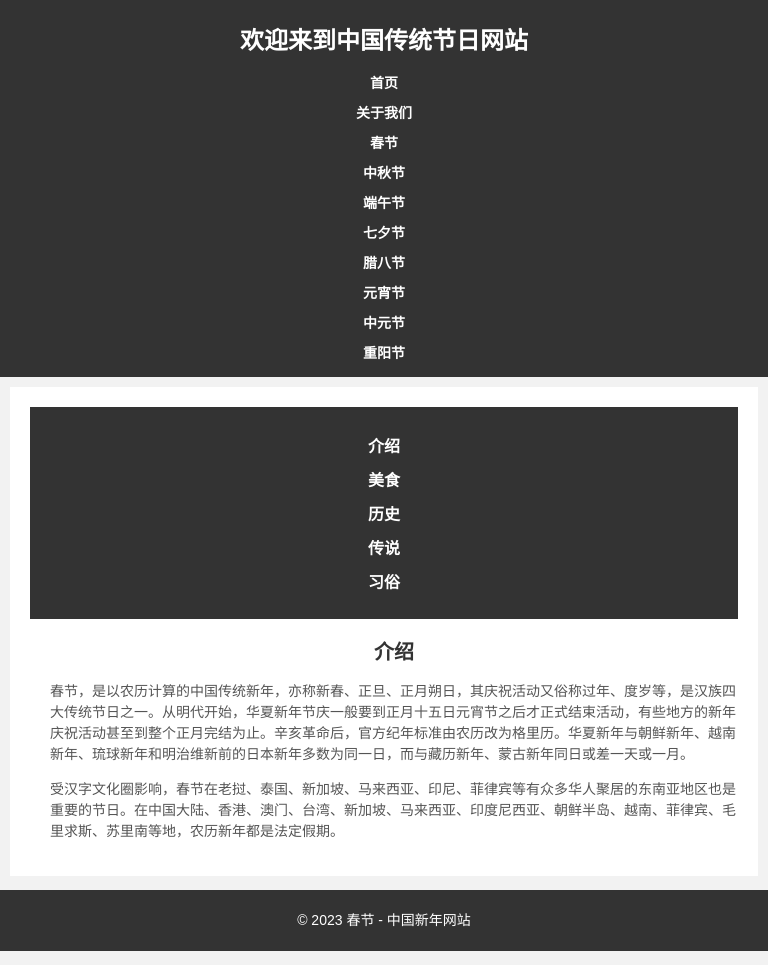
Repository: XueJie1/computer-operation-basics
Page: pages/springfes/springfestival.html
An editor plug-in stored every save of this project. The page is shown before and after the next save, followed by the edit.
The browser window is 768 px wide. The pictures show the whole page.

Above is the page before, as saved 2023-09-12 22:34:28.

After the next save:
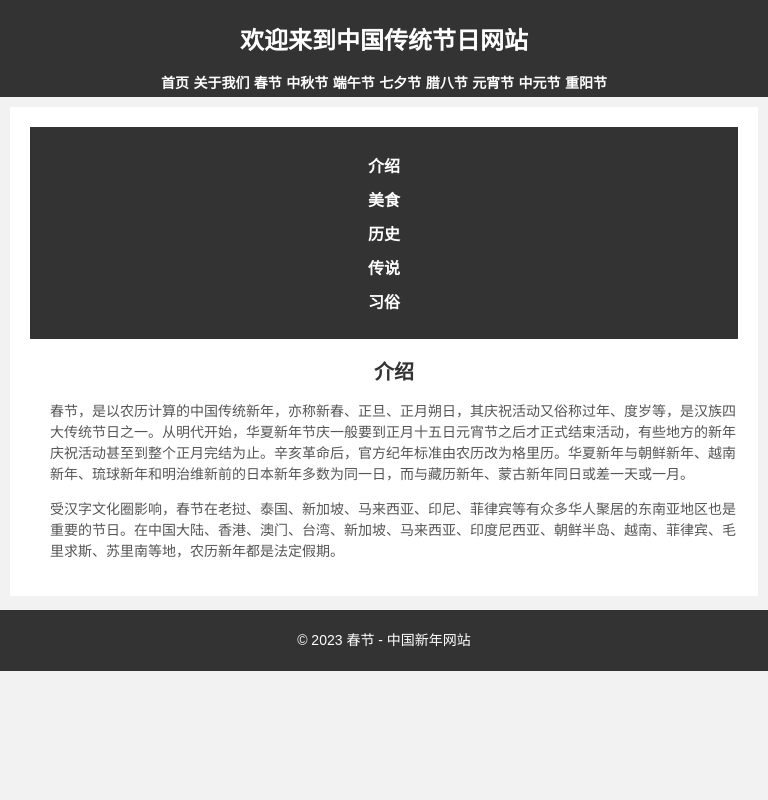
Saved 7 min 40 s later.
--- a/css/styles.css
+++ b/css/styles.css
@@ -161,7 +161,7 @@ div.desc {
 /* 默认样式适用于大屏幕和桌面设备 */
 
 /* 移动设备样式 */
-@media (max-width: 768px) {
+@media (max-width: 1200px) {
     header, .header {
         padding: 5px 0; /* 调整顶部导航的内边距 */
     }
@@ -175,7 +175,7 @@ div.desc {
     }
 
     nav ul li {
-        display: block; /* 将导航项转换为块级元素，垂直排列 */
+        /* display: block; */ /* 将导航项转换为块级元素，垂直排列 */
         margin: 10px 0; /* 调整导航项之间的垂直间距 */
     }
 
